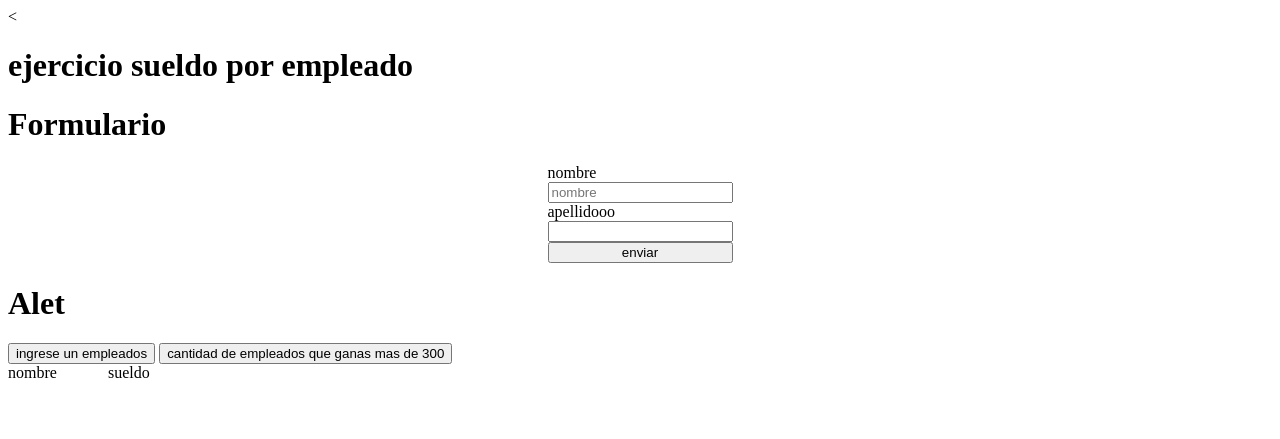
Repository: wolfmarcos/Ej-FormSesionEmpleados
Page: sueldoempleado.html
These files come from the project's save history. The page is drawn as it stood at one moment and after a run of saves; the edit follows.
The browser window is 1280 px wide. The pictures show the whole page.

Above is the page before, as saved 2022-07-26 13:37:39.

After the next 2 saves:
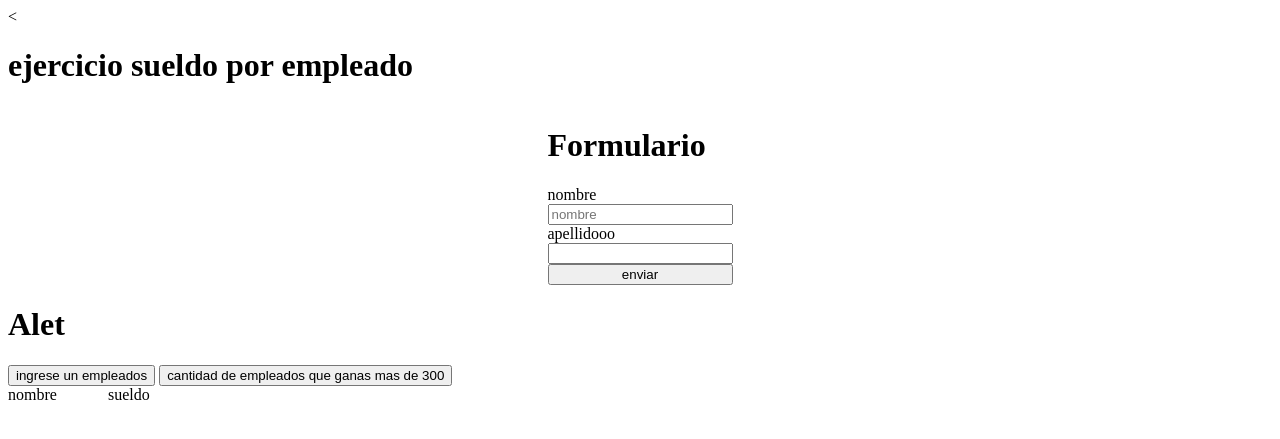
The 2 saves are shown as one change because they came seconds apart.
The last was saved 19 s later.
--- a/sueldoempleado.html
+++ b/sueldoempleado.html
@@ -13,8 +13,9 @@
     <h1>ejercicio sueldo por empleado</h1>
 
 
+    <form action="./ej1.js" name="form" method="post">
+
     <h1>Formulario</h1>
-    <form action="./ej1.js" name="form" method="post">
         <leibel>nombre</leibel>
         <input type="text" maxlengt="30" placeholder="nombre"></imput>
         <leibel>apellidooo</leibel>
